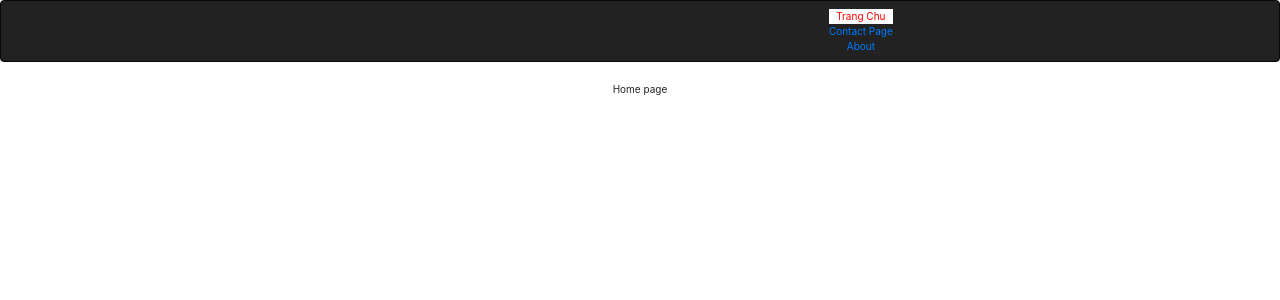
Repository: hntvip/react-route
Page: /
These files come from the project's save history. The page is drawn as it stood at one moment and after the next save; the edit follows.
The browser window is 1280 px wide. The pictures show the whole page.
The project was rebuilt for these pictures with package versions that can differ from the ones it lists, and the page was loaded fresh each time. Also part of the build but not shown: src/components/About.js, src/components/Contact.js.

Above is the page before, as saved 2019-11-27 16:49:08.

After the next save:
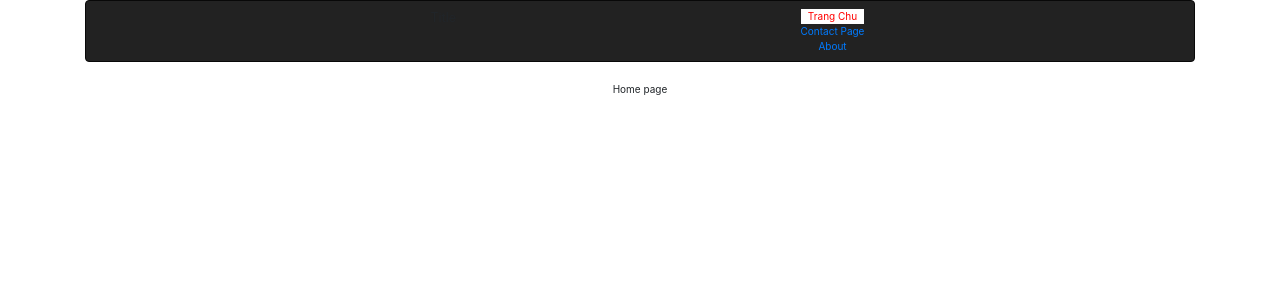
Saved 117 s later.
--- a/src/App.js
+++ b/src/App.js
@@ -8,6 +8,7 @@ function App() {
   return (
     <Router>
       <div className="App">
+        <div class="container">
         <nav className="navbar navbar-inverse">
           <a  className="navbar-brand">Title</a>
           <ul className="nav navbar-nav">
@@ -43,6 +44,7 @@ function App() {
               </NavLink>
           </ul>
         </nav>
+        </div>
         {/* Noi Dung */}
         <Route path="/" exact component={Home}></Route>
         <Route path="/contact" component={Contact}></Route>
